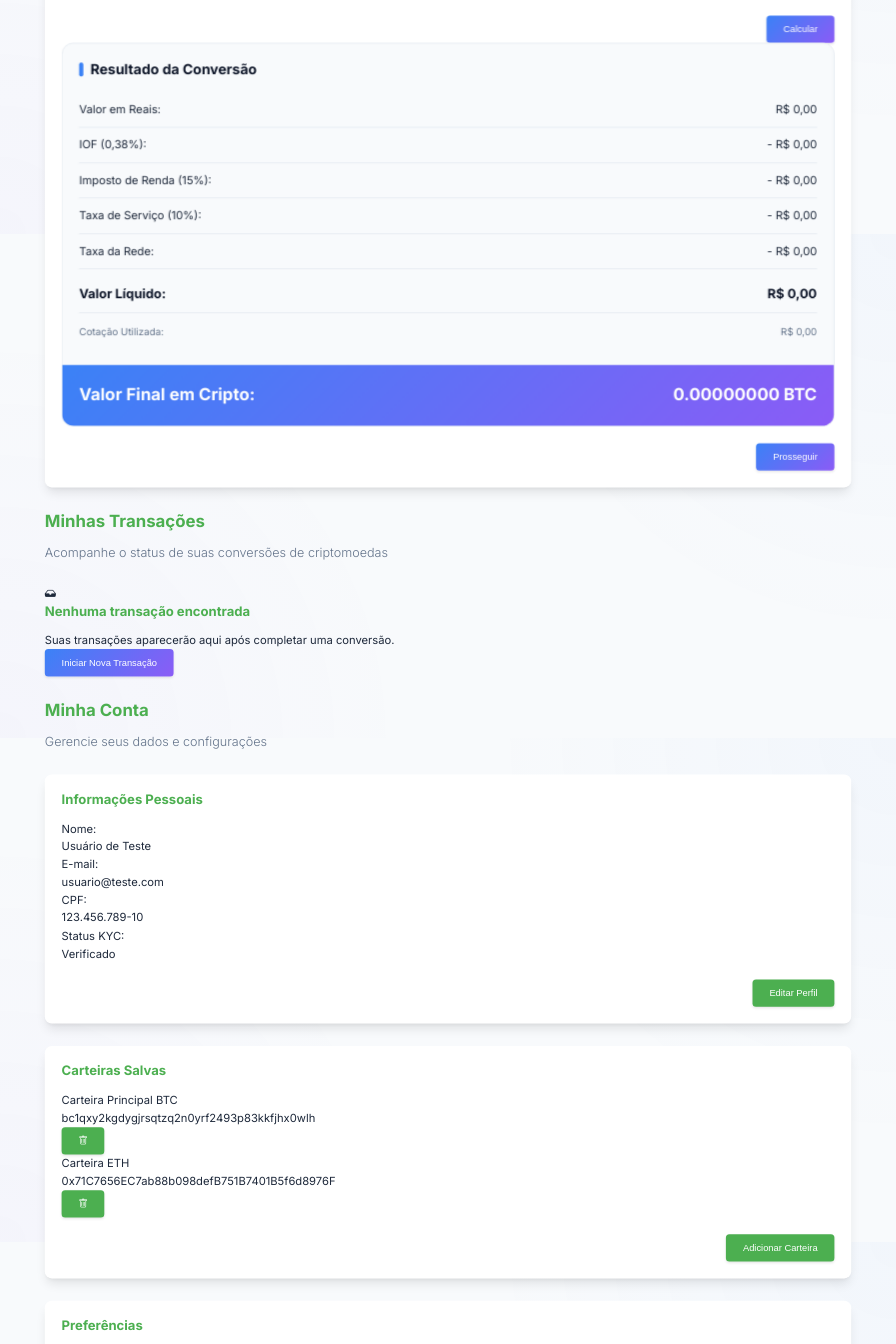
Repository: victorvilanova/crypto-convert-system
Page: index.html
An editor plug-in stored every save of this project. The page is shown before and after the next save, followed by the edit.
The browser window is 1280 px wide. The pictures show the part of the page from y = 1105 to 3025 px (the page is 3977 px tall before and 3926 px after), at 70% of full size.
The page's requests for data from a server got no answer. Backgrounds fixed to the window are drawn as part of the page.

Above is the page before, as saved 2025-04-10 17:49:07.

### index.html
<!DOCTYPE html>
<html lang="pt-BR">
  <head>
    <meta charset="UTF-8" />
    <meta name="viewport" content="width=device-width, initial-scale=1.0" />
    <title>FastCripto - Conversão de Criptomoedas</title>

    <!-- Estilos -->
    <link rel="stylesheet" href="assets/css/styles.css" />
    <link rel="stylesheet" href="assets/css/responsive.css" />

    <!-- Ícones -->
    <link
      rel="stylesheet"
      href="https://cdn.jsdelivr.net/npm/bootstrap-icons@1.11.1/font/bootstrap-icons.css"
    />

    <!-- Detecção de ambiente -->
    <script>
      // Determine qual arquivo de configuração carregar com base no ambiente
      (function () {
        const hostname = window.location.hostname;
        let environment = 'development';

        if (hostname.includes('test') || hostname.includes('staging')) {
          environment = 'test';
        } else if (
          !hostname.includes('localhost') &&
          !hostname.includes('127.0.0.1')
        ) {
          environment = 'production';
        }

        console.log(`Ambiente detectado: ${environment}`);
        window.__ENV__ = environment;
      })();
    </script>

    <!-- Módulos JavaScript (usando type="module" para suporte a imports ES6) -->
    <script type="module" src="assets/js/main.js"></script>
  </head>
  <body>
    <!-- Cabeçalho -->
    <header>
      <div class="container header-content">
        <div class="logo">
          <i class="bi bi-currency-bitcoin logo-icon"></i>
          FastCripto
        </div>

        <nav>
          <ul>
            <li>
              <a href="#" class="tab-nav active" data-tab="converter"
                >Converter</a
              >
            </li>
            <li>
              <a href="#" class="tab-nav" data-tab="transactions">Transações</a>
            </li>
            <li><a href="#" class="tab-nav" data-tab="account">Conta</a></li>
          </ul>
        </nav>
      </div>
    </header>

    <!-- Conteúdo Principal -->
    <main>
      <div class="container">
        <!-- Aba do Conversor -->
        <section id="converter" class="tab-content active">
          <h1>Converter Reais para Criptomoedas</h1>
          <p class="subtitle">
            Calcule o valor final de sua compra com todas as taxas inclusas
          </p>

          <!-- Cotações atuais -->
          <div class="rates-grid">
            <div class="rate-card">
              <div class="rate-icon">
                <i class="bi bi-currency-bitcoin"></i>
              </div>
              <div class="rate-info">
                <h3>Bitcoin</h3>
                <div class="rate-value" id="btc-rate">Carregando...</div>
              </div>
            </div>

            <div class="rate-card">
              <div class="rate-icon">
                <i class="bi bi-diagram-3"></i>
              </div>
              <div class="rate-info">
                <h3>Ethereum</h3>
                <div class="rate-value" id="eth-rate">Carregando...</div>
              </div>
            </div>

            <div class="rate-card">
              <div class="rate-icon">
                <i class="bi bi-cash-coin"></i>
              </div>
              <div class="rate-info">
                <h3>USDT</h3>
                <div class="rate-value" id="usdt-rate">Carregando...</div>
              </div>
            </div>
          </div>

          <div class="update-info">
            <span id="last-update-time"
              >Última atualização: --/--/---- --:--</span
            >
            <button id="manual-refresh" class="btn small">
              <i class="bi bi-arrow-clockwise"></i> Atualizar
            </button>
            <div id="rates-loader" class="rates-loader"></div>
          </div>

          <!-- Calculadora de conversão -->
          <div class="conversion-card">
            <div class="conversion-steps">
              <div class="step active">1. Valor e Moeda</div>
              <div class="step">2. Revisão</div>
              <div class="step">3. Pagamento</div>
            </div>

            <form id="conversion-form">
              <div class="form-group">
                <label for="brl-amount">Valor em Reais (R$)</label>
                <input
                  type="number"
                  id="brl-amount"
                  min="100"
                  step="10"
                  placeholder="0,00"
                />
                <small>Valor mínimo: R$ 100,00</small>
              </div>

              <div class="form-group">
                <label>Criptomoeda</label>
                <div class="crypto-options">
                  <label class="crypto-option">
                    <input
                      type="radio"
                      name="crypto-currency"
                      value="BTC"
                      checked
                    />
                    <div class="crypto-icon">
                      <i class="bi bi-currency-bitcoin"></i>
                    </div>
                    <div class="crypto-name">Bitcoin</div>
                    <div class="crypto-ticker">BTC</div>
                  </label>

                  <label class="crypto-option">
                    <input type="radio" name="crypto-currency" value="ETH" />
                    <div class="crypto-icon">
                      <i class="bi bi-diagram-3"></i>
                    </div>
                    <div class="crypto-name">Ethereum</div>
                    <div class="crypto-ticker">ETH</div>
                  </label>

                  <label class="crypto-option">
                    <input type="radio" name="crypto-currency" value="USDT" />
                    <div class="crypto-icon">
                      <i class="bi bi-cash-coin"></i>
                    </div>
                    <div class="crypto-name">Tether</div>
                    <div class="crypto-ticker">USDT</div>
                  </label>
                </div>
              </div>

              <div class="form-group">
                <label>Rede</label>
                <div class="network-options">
                  <label class="network-option">
                    <input
                      type="radio"
                      name="network"
                      value="BTC"
                      class="network-btc"
                      checked
                    />
                    <span>Bitcoin</span>
                  </label>

                  <label class="network-option">
                    <input
                      type="radio"
                      name="network"
                      value="ETH"
                      class="network-eth"
                    />
                    <span>Ethereum</span>
                  </label>

                  <label class="network-option">
                    <input
                      type="radio"
                      name="network"
                      value="BSC"
                      class="network-bsc"
                    />
                    <span>BSC</span>
                  </label>

                  <label class="network-option">
                    <input
                      type="radio"
                      name="network"
                      value="TRON"
                      class="network-tron"
                    />
                    <span>TRON</span>
                  </label>
                </div>
              </div>

              <div class="form-group">
                <label for="wallet-address">Endereço da Carteira</label>
                <input
                  type="text"
                  id="wallet-address"
                  placeholder="Endereço da sua carteira de criptomoedas"
                />
              </div>

              <div class="form-actions">
                <button type="button" id="btn-calculate" class="btn primary">
                  Calcular
                </button>
              </div>
            </form>

            <!-- Resultado da conversão (inicialmente escondido) -->
            <div id="conversion-result" class="conversion-result hidden">
              <h3>Resultado da Conversão</h3>

              <div class="result-row">
                <div class="result-label">Valor em Reais:</div>
                <div class="result-value" id="result-brl-amount">R$ 0,00</div>
              </div>

              <div class="result-row">
                <div class="result-label">IOF (0,38%):</div>
                <div class="result-value" id="result-iof">- R$ 0,00</div>
              </div>

              <div class="result-row">
                <div class="result-label">Imposto de Renda (15%):</div>
                <div class="result-value" id="result-ir">- R$ 0,00</div>
              </div>

              <div class="result-row">
                <div class="result-label">Taxa de Serviço (10%):</div>
                <div class="result-value" id="result-service-fee">
                  - R$ 0,00
                </div>
              </div>

              <div class="result-row">
                <div class="result-label">Taxa da Rede:</div>
                <div class="result-value" id="result-network-fee">
                  - R$ 0,00
                </div>
              </div>

              <div class="result-row total">
                <div class="result-label">Valor Líquido:</div>
                <div class="result-value" id="result-net-amount">R$ 0,00</div>
              </div>

              <div class="result-row rate-info">
                <div class="result-label">Cotação Utilizada:</div>
                <div class="result-value" id="result-rate">R$ 0,00</div>
              </div>

              <div class="result-row crypto-result">
                <div class="result-label">Valor Final em Cripto:</div>
                <div class="result-value" id="result-crypto-amount">
                  0.00000000 BTC
                </div>
              </div>
            </div>

            <div class="form-actions hidden" id="btn-proceed-container">
              <button type="button" id="btn-proceed" class="btn primary">
                Prosseguir
              </button>
            </div>
          </div>
        </section>

        <!-- Aba de Transações -->
        <section id="transactions" class="tab-content">
          <h1>Minhas Transações</h1>
          <p class="subtitle">
            Acompanhe o status de suas conversões de criptomoedas
          </p>

          <!-- Estado vazio (quando não há transações) -->
          <div id="transactions-empty" class="empty-state">
            <i class="bi bi-inbox-fill"></i>
            <h3>Nenhuma transação encontrada</h3>
            <p>Suas transações aparecerão aqui após completar uma conversão.</p>
            <button id="btn-new-transaction" class="btn primary">
              Iniciar Nova Transação
            </button>
          </div>

          <!-- Lista de transações -->
          <div id="transactions-list" class="transactions-list">
            <!-- As transações serão inseridas aqui dinamicamente -->
          </div>

          <!-- Estado KYC Pendente -->
          <div id="kyc-pending" class="account-card" style="display: none">
            <h3>Verificação KYC Pendente</h3>
            <p>
              Para completar suas transações, precisamos verificar sua
              identidade conforme exigido pelos regulamentos brasileiros.
            </p>
            <button id="btn-start-kyc" class="btn primary">
              Iniciar Verificação KYC
            </button>
          </div>
        </section>

        <!-- Aba da Conta -->
        <section id="account" class="tab-content">
          <h1>Minha Conta</h1>
          <p class="subtitle">Gerencie seus dados e configurações</p>

          <!-- Perfil do usuário -->
          <div class="account-card">
            <h3>Informações Pessoais</h3>

            <div class="profile-info">
              <div class="profile-item">
                <div class="profile-label">Nome:</div>
                <div class="profile-value">Usuário de Teste</div>
              </div>

              <div class="profile-item">
                <div class="profile-label">E-mail:</div>
                <div class="profile-value">usuario@teste.com</div>
              </div>

              <div class="profile-item">
                <div class="profile-label">CPF:</div>
                <div class="profile-value">123.456.789-10</div>
              </div>

              <div class="profile-item">
                <div class="profile-label">Status KYC:</div>
                <div class="profile-value">
                  <span class="badge badge-success">Verificado</span>
                </div>
              </div>
            </div>

            <div class="form-actions">
              <button class="btn disabled">Editar Perfil</button>
            </div>
          </div>

          <!-- Carteiras Salvas -->
          <div class="account-card">
            <h3>Carteiras Salvas</h3>

            <div class="saved-wallets">
              <div class="wallet-item">
                <div class="wallet-info">
                  <div class="wallet-name">Carteira Principal BTC</div>
                  <div class="wallet-address">
                    bc1qxy2kgdygjrsqtzq2n0yrf2493p83kkfjhx0wlh
                  </div>
                </div>
                <div class="wallet-actions">
                  <button class="btn small disabled">
                    <i class="bi bi-trash"></i>
                  </button>
                </div>
              </div>

              <div class="wallet-item">
                <div class="wallet-info">
                  <div class="wallet-name">Carteira ETH</div>
                  <div class="wallet-address">
                    0x71C7656EC7ab88b098defB751B7401B5f6d8976F
                  </div>
                </div>
                <div class="wallet-actions">
                  <button class="btn small disabled">
                    <i class="bi bi-trash"></i>
                  </button>
                </div>
              </div>
            </div>

            <div class="form-actions">
              <button class="btn disabled">Adicionar Carteira</button>
            </div>
          </div>

          <!-- Preferências -->
          <div class="account-card">
            <h3>Preferências</h3>

            <div class="preferences">
              <div class="preference-item">
                <div class="preference-label">Notificações por e-mail</div>
                <label class="switch">
                  <input type="checkbox" checked disabled />
                  <span class="slider round"></span>
                </label>
              </div>

              <div class="preference-item">
                <div class="preference-label">Alertas de preço</div>
                <label class="switch">
                  <input type="checkbox" disabled />
                  <span class="slider round"></span>
                </label>
              </div>

              <div class="preference-item">
                <div class="preference-label">Newsletter semanal</div>
                <label class="switch">
                  <input type="checkbox" disabled />
                  <span class="slider round"></span>
                </label>
              </div>
            </div>

            <small>Estas preferências estarão disponíveis em breve.</small>
          </div>
        </section>
      </div>
    </main>

    <!-- Rodapé -->
    <footer>
      <div class="container">
        <div class="footer-grid">
          <div class="footer-column">
            <div class="footer-heading">FastCripto</div>
            <p>
              Sua plataforma para conversão de reais para criptomoedas de forma
              simples, rápida e segura.
            </p>
          </div>

          <div class="footer-column">
            <div class="footer-heading">Navegação</div>
            <ul class="footer-links">
              <li>
                <a href="#" class="tab-nav" data-tab="converter">Converter</a>
              </li>
              <li>
                <a href="#" class="tab-nav" data-tab="transactions"
                  >Transações</a
                >
              </li>
              <li><a href="#" class="tab-nav" data-tab="account">Conta</a></li>
            </ul>
          </div>

          <div class="footer-column">
            <div class="footer-heading">Ajuda</div>
            <ul class="footer-links">
              <li><a href="#">FAQ</a></li>
              <li><a href="#">Suporte</a></li>
              <li><a href="#">Termos de Uso</a></li>
              <li><a href="#">Política de Privacidade</a></li>
            </ul>
          </div>

          <div class="footer-column">
            <div class="footer-heading">Contato</div>
            <ul class="footer-links">
              <li>
                <a href="mailto:contato@fastcripto.com.br"
                  ><i class="bi bi-envelope"></i> contato@fastcripto.com.br</a
                >
              </li>
              <li>
                <a href="tel:+551199999999"
                  ><i class="bi bi-telephone"></i> (11) 9999-9999</a
                >
              </li>
            </ul>
          </div>
        </div>

        <div class="footer-bottom">
          <p>&copy; 2023 FastCripto. Todos os direitos reservados.</p>
        </div>
      </div>
    </footer>

    <!-- Container para notificações in-app -->
    <div id="notifications-container"></div>
  </body>
</html>

### assets/css/responsive.css
/* Arquivo de estilos responsivos */

/* Tablets e telas menores */
@media (max-width: 1024px) {
  .rates-grid {
    grid-template-columns: repeat(auto-fill, minmax(200px, 1fr));
  }

  .transactions-list {
    grid-template-columns: repeat(auto-fill, minmax(300px, 1fr));
  }

  .footer-grid {
    grid-template-columns: repeat(2, 1fr);
  }
}

/* Dispositivos móveis */
@media (max-width: 768px) {
  /* Cabeçalho responsivo */
  .header-content {
    flex-direction: column;
    height: auto;
    padding: 1rem 0;
  }

  .logo {
    margin-bottom: 1rem;
  }

  nav ul {
    width: 100%;
    display: flex;
    justify-content: space-between;
    padding: 0.5rem 0;
  }

  nav ul li {
    margin-left: 0;
  }

  /* Ajustes para o conversor */
  .conversion-steps {
    padding: 0.25rem;
  }

  .step {
    padding: 0.75rem 0.25rem;
    font-size: 0.8rem;
  }

  /* Ajustes para as opções de criptomoedas */
  .crypto-options {
    grid-template-columns: repeat(auto-fill, minmax(90px, 1fr));
    gap: 0.5rem;
  }

  .crypto-option {
    padding: 1rem 0.5rem;
  }

  .crypto-icon {
    font-size: 1.75rem;
    margin-bottom: 0.5rem;
  }

  /* Resultado da conversão */
  .conversion-result {
    padding: 1.25rem 1rem;
  }

  .result-row.crypto-result {
    padding: 1.25rem 1rem;
    margin: 1.25rem -1rem -1rem -1rem;
    font-size: 1.25rem;
  }

  .transactions-list {
    grid-template-columns: 1fr;
  }

  .form-actions {
    flex-direction: column;
  }

  .form-actions button {
    width: 100%;
    margin-bottom: 0.5rem;
  }

  .kyc-modal-content {
    width: 95%;
    max-height: 95vh;
  }

  .kyc-docs {
    grid-template-columns: 1fr;
  }
}

/* Dispositivos móveis pequenos */
@media (max-width: 480px) {
  h1 {
    font-size: 1.5rem;
  }

  .subtitle {
    font-size: 1rem;
  }

  .conversion-card {
    padding: 1rem;
  }

  .conversion-steps {
    font-size: 0.75rem;
  }

  .rates-grid {
    grid-template-columns: 1fr;
  }

  .footer-grid {
    grid-template-columns: 1fr;
  }

  .result-row {
    font-size: 0.875rem;
  }

  .result-row.total,
  .result-row.crypto-result {
    font-size: 1rem;
  }

  .kyc-modal-header {
    padding: 1rem;
  }

  .kyc-modal-body {
    padding: 1rem;
  }

  .kyc-modal-header h2 {
    font-size: 1.25rem;
  }
}

Loaded but not shown: assets/js/main.js (978 lines, source omitted); assets/js/modules/rates.js (238 lines, source omitted); assets/js/modules/notifications.js (179 lines, source omitted); assets/js/modules/index.js (60 lines, source omitted); assets/js/config.js (58 lines, source omitted); assets/css/styles.css (929 lines, source omitted)

After the next save:
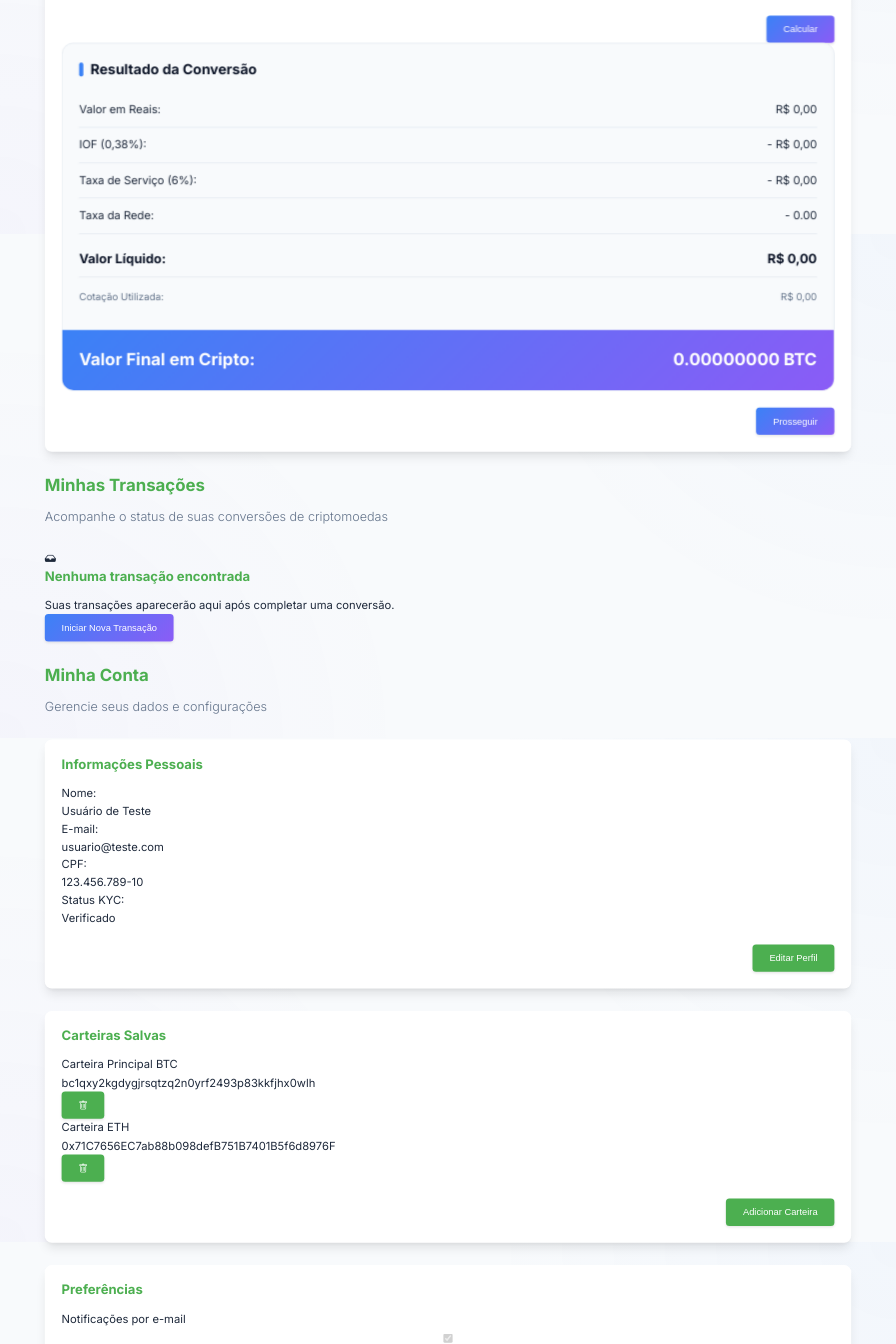
Saved 96 s later.
--- a/index.html
+++ b/index.html
@@ -252,22 +252,13 @@
               </div>
 
               <div class="result-row">
-                <div class="result-label">Imposto de Renda (15%):</div>
-                <div class="result-value" id="result-ir">- R$ 0,00</div>
-              </div>
-
-              <div class="result-row">
-                <div class="result-label">Taxa de Serviço (10%):</div>
-                <div class="result-value" id="result-service-fee">
-                  - R$ 0,00
-                </div>
+                <div class="result-label">Taxa de Serviço (6%):</div>
+                <div class="result-value" id="result-service-fee">- R$ 0,00</div>
               </div>
 
               <div class="result-row">
                 <div class="result-label">Taxa da Rede:</div>
-                <div class="result-value" id="result-network-fee">
-                  - R$ 0,00
-                </div>
+                <div class="result-value" id="result-network-fee">- 0.00</div>
               </div>
 
               <div class="result-row total">
